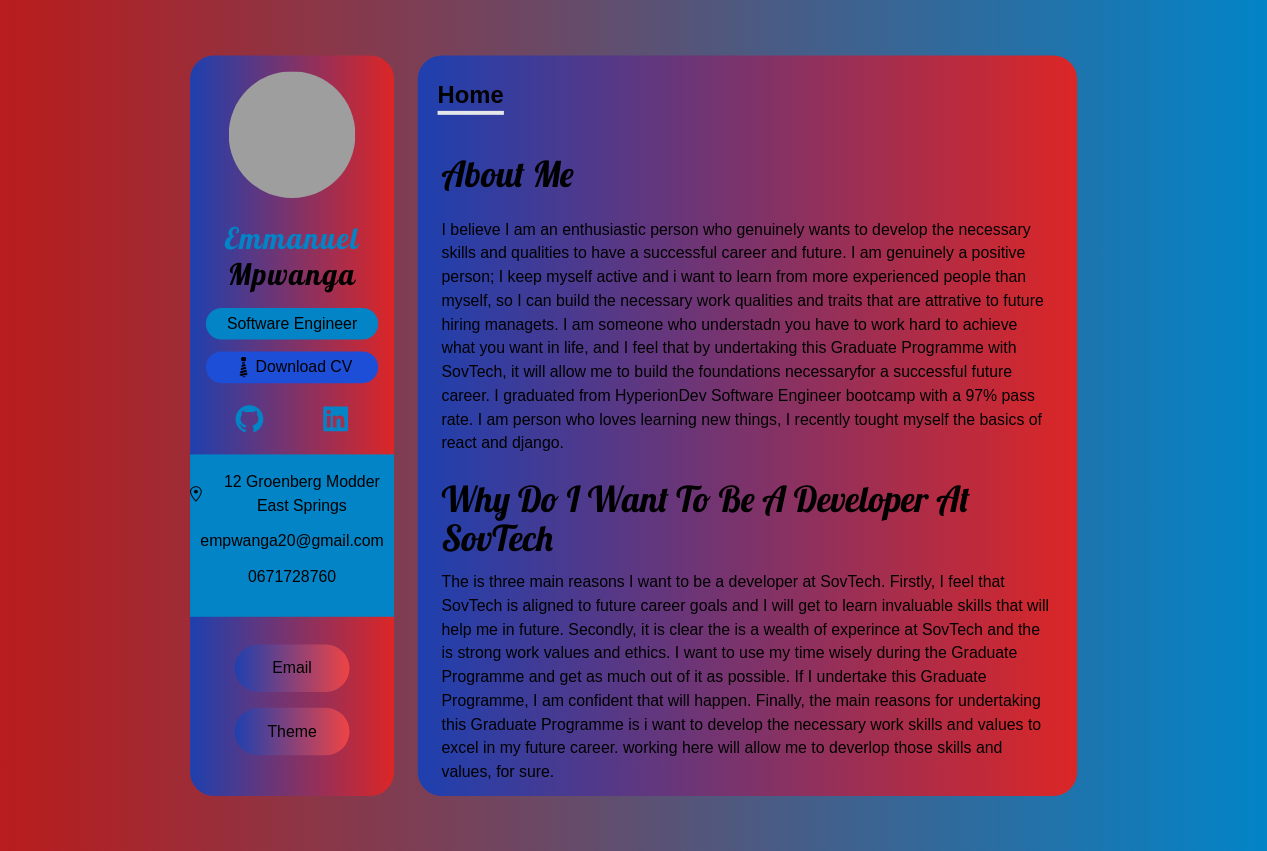
Repository: mannympwanga/portfolio
Page: /
The author's editor kept a copy of each file at every save. The page is drawn from the files as they stood at one save, then again after the next save.
The browser window is 1280 px wide. The pictures show the whole page, at 99% of full size.
Pictures or frames that could not be fetched are drawn as grey boxes. The project was rebuilt for these pictures with package versions that can differ from the ones it lists, and the page was loaded fresh each time. The framework's server and built-in components were replaced by stand-ins that run in the browser. Also part of the build but not shown: next.config.js.

Above is the page before, as saved 2021-11-24 20:39:40.

After the next save:
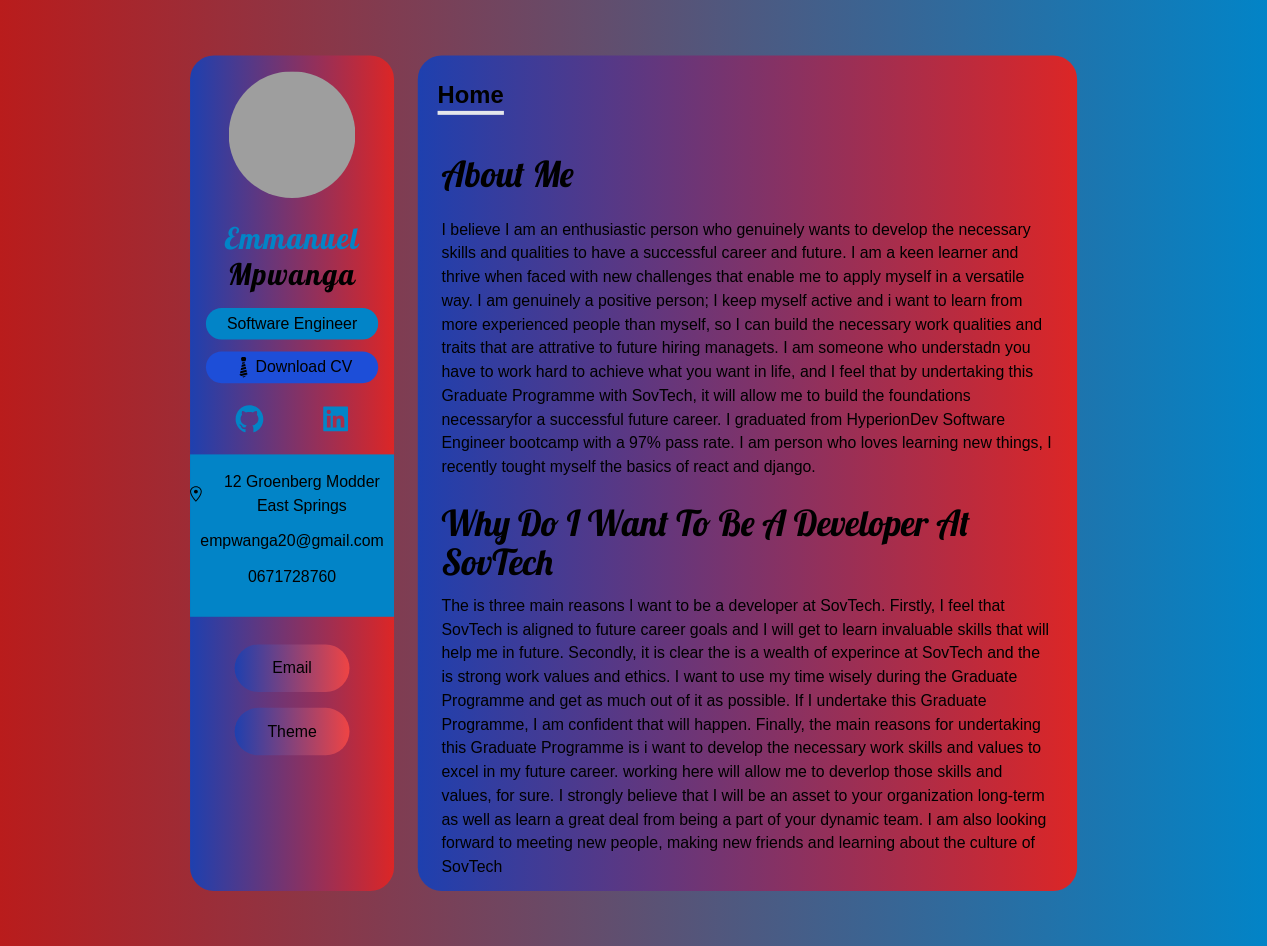
Saved 2 h 7 min later.
--- a/pages/index.tsx
+++ b/pages/index.tsx
@@ -5,6 +5,8 @@
       <p className='my-3 font-medium'>
         I believe I am an enthusiastic person who genuinely wants to develop
         the necessary skills and qualities to have a successful career and future.
+        I am a keen learner and thrive when faced with new challenges that enable me
+        to apply myself in a versatile way.
         I am genuinely a positive person; I keep myself active and i want to learn from
         more experienced people than myself, so I can build the necessary work qualities
         and traits that are attrative to future hiring managets.
@@ -24,7 +26,9 @@
           ethics. I want to use my time wisely during the Graduate Programme and get as much out of it as possible.
           If I undertake this Graduate Programme, I am confident that will happen. Finally, the main reasons for undertaking
           this Graduate Programme is i want to develop the necessary work skills and values to excel in my future career.
-          working here will allow me to deverlop those skills and values, for sure.
+          working here will allow me to deverlop those skills and values, for sure. I strongly believe that I will be an asset
+          to your organization long-term as well as learn a great deal from being a part of your dynamic team.
+          I am also looking forward to meeting new people, making new friends and learning about the culture of SovTech
         </p>
       </div>
     </div>
